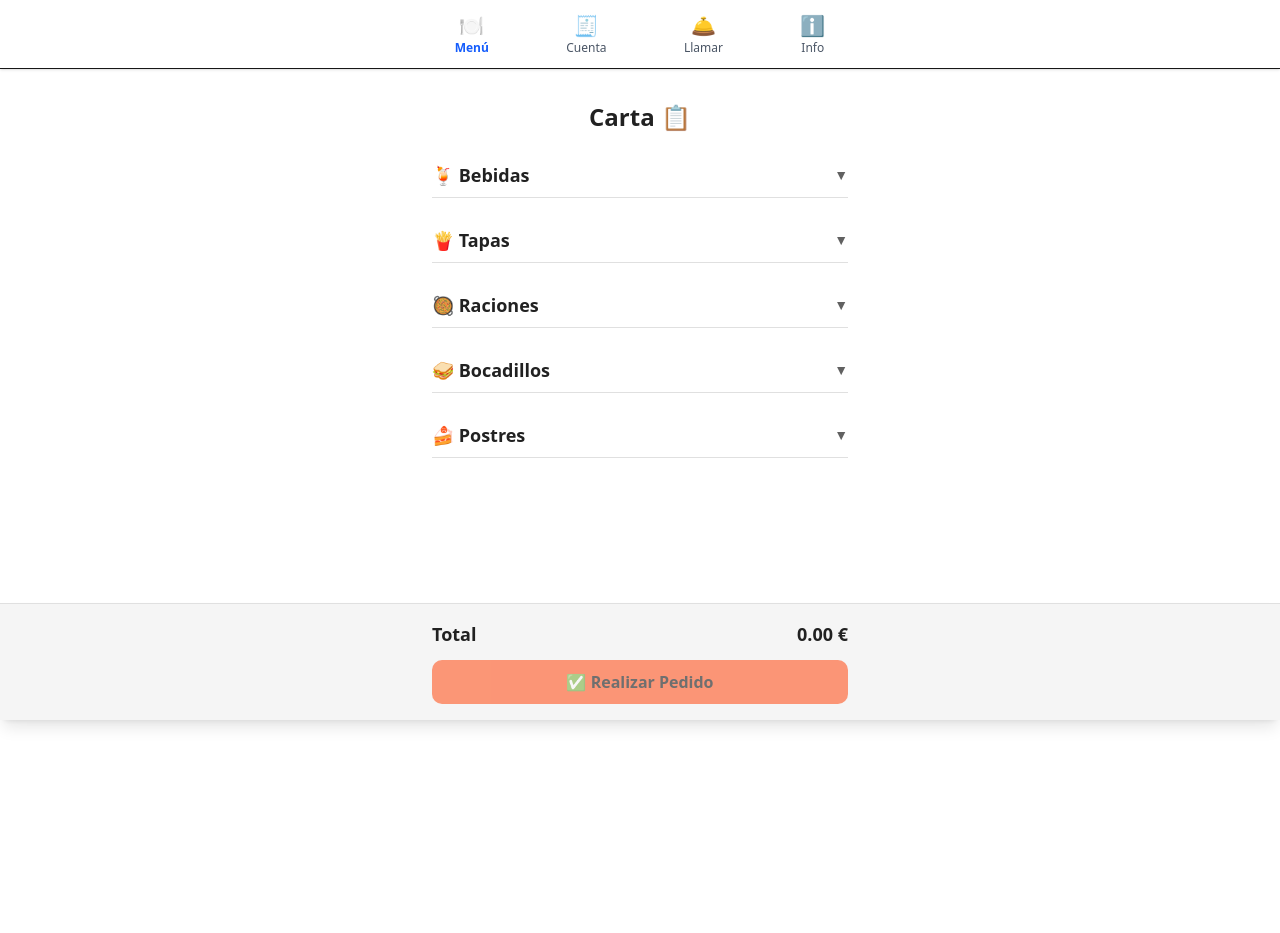
Repository: jrcardenas/sirvaapp
Page: /menu
These files come from the project's save history. The page is drawn as it stood at one moment and after the next save; the edit follows.
The browser window is 1280 px wide. The pictures show the whole page.
The project was rebuilt for these pictures with package versions that can differ from the ones it lists, and the page was loaded fresh each time. The framework's server and built-in components were replaced by stand-ins that run in the browser. Also part of the build but not shown: next.config.ts.

Above is the page before, as saved 2025-11-02 12:43:37.

After the next save:
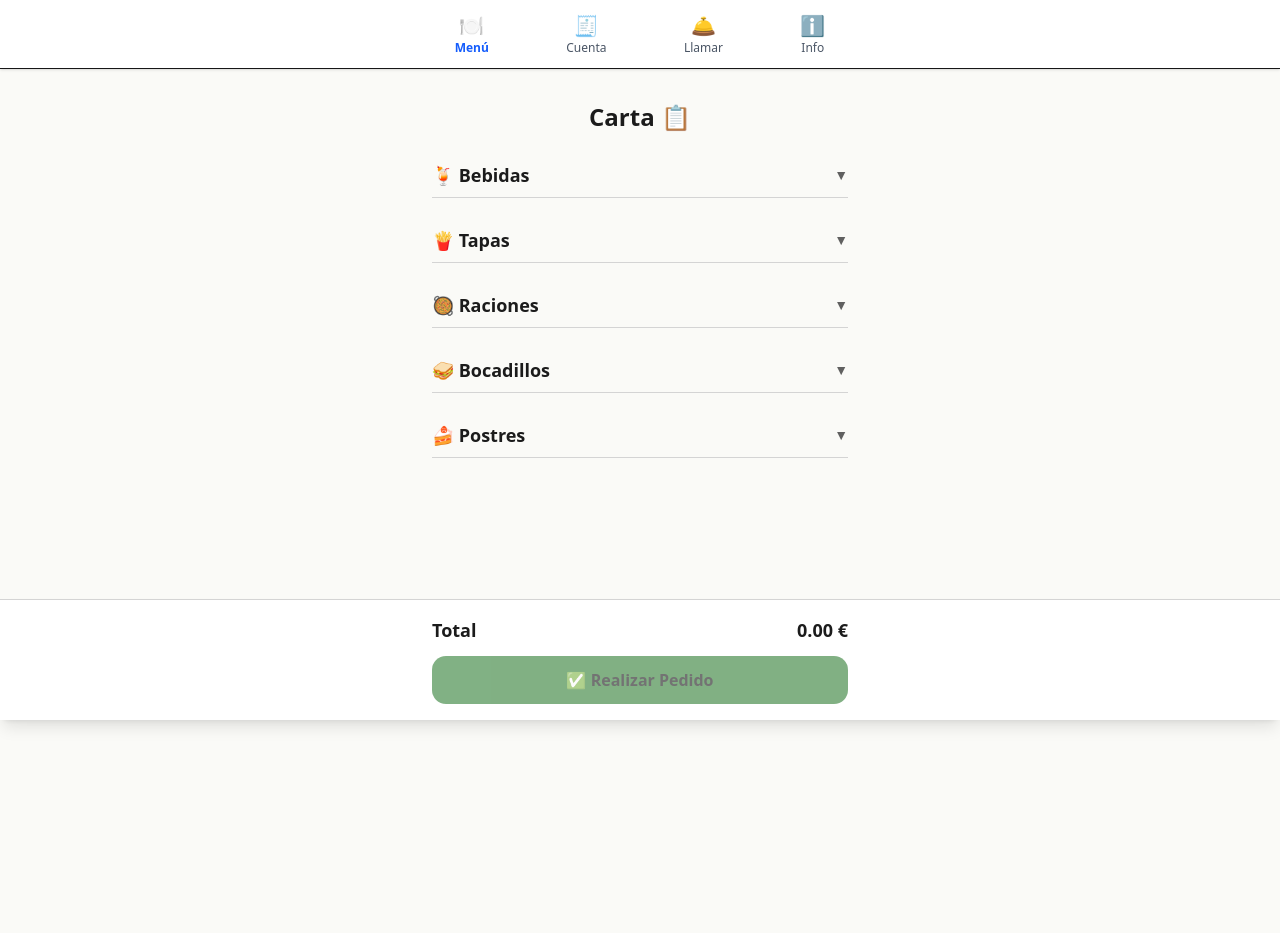
Saved 60 s later.
--- a/app/styles/theme.css
+++ b/app/styles/theme.css
@@ -1,24 +1,32 @@
 :root {
-  /* Brand */
-  --color-primary: #FF5722; /* naranja restaurante */
-  --color-primary-light: #FF784E;
+  /* Brand & Accent */
+  --color-primary: #2E7D32; /* Verde principal: moderno, fresco */
+  --color-primary-light: #4CAF50; /* Verde más vivo */
+  --color-accent: #81C784; /* Verde suave para hover */
 
-  /* Layout */
-  --color-background: #FFFFFF;
-  --color-surface: #F5F5F5;
-  --color-border: #E0E0E0;
+  /* Backgrounds */
+  --color-background: #FAFAF7; /* Crema suave */
+  --color-surface: #FFFFFF; /* Tarjetas y secciones */
+  --color-surface-alt: #F3F3EF;
+
+  /* Borders */
+  --color-border: #D4D4D4;
 
   /* Text */
-  --color-text-dark: #212121;
-  --color-text-muted: #616161;
-  --color-text-disabled: #BDBDBD;
+  --color-text-dark: #1B1B1B;
+  --color-text-muted: #606060;
+  --color-text-disabled: #AFAFAF;
 
-  /* Buttons & Controls */
-  --color-plus-button: #FF5722;
+  /* Buttons */
+  --color-plus-button: var(--color-primary);
   --color-minus-button: #E0E0E0;
-  --color-minus-icon: #616161;
+  --color-minus-icon: #555;
 
-  /* Design tokens */
-  --radius: 10px;
-  --button-height: 44px;
+  /* States */
+  --color-disabled-bg: #E6E6E6;
+  --color-disabled-text: #A8A8A8;
+
+  /* Tokens */
+  --radius: 14px;
+  --button-height: 48px;
 }
